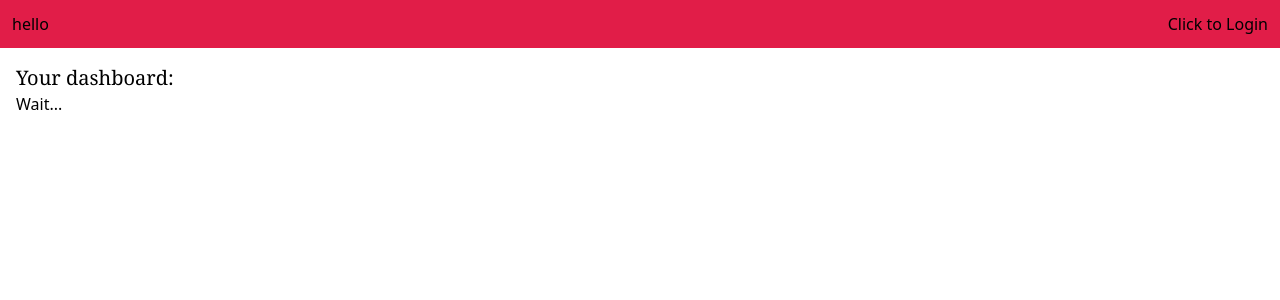
Repository: Semanmernstack/fullstack-prisma-build
Page: /dashboard
The author's editor kept a copy of each file at every save. The page is drawn from the files as they stood at one save, then again after the next save.
The browser window is 1280 px wide. The pictures show the whole page.
The page's requests for data from a server got no answer. The project was rebuilt for these pictures with package versions that can differ from the ones it lists, and the page was loaded fresh each time. The framework's server and built-in components were replaced by stand-ins that run in the browser. No one was signed in, and anything a server would have sent is missing. Also part of the build but not shown: next.config.js, app/authfront/Logged.tsx, app/dashboard/Edit.tsx.

Above is the page before, as saved 2023-03-15 01:51:37.

After the next save:
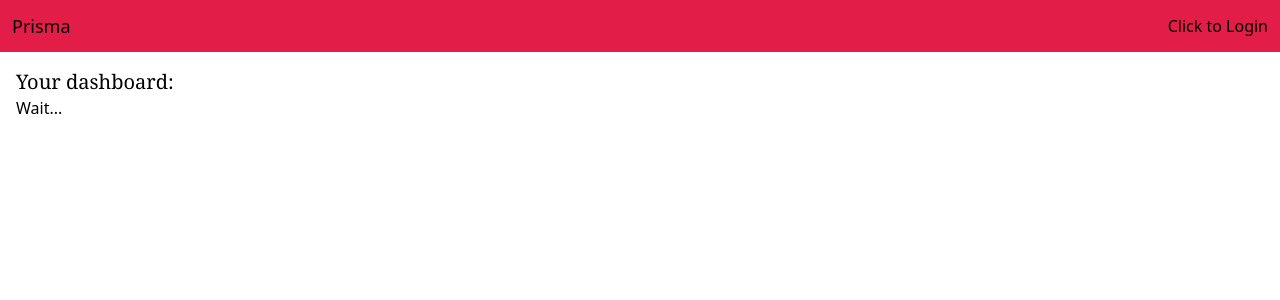
Saved 8 min 58 s later.
--- a/app/authfront/Nav.tsx
+++ b/app/authfront/Nav.tsx
@@ -14,7 +14,7 @@ export default async function Nav() {
         <div  className="flex items-center justify-between bg-rose-600 p-3 "   >
 
             <Link href={"/"}>
-                <h2>hello</h2>
+                <h2 className="text-lg">Prisma</h2>
             </Link>
             <div className="flex items-center   gap-3">
 
